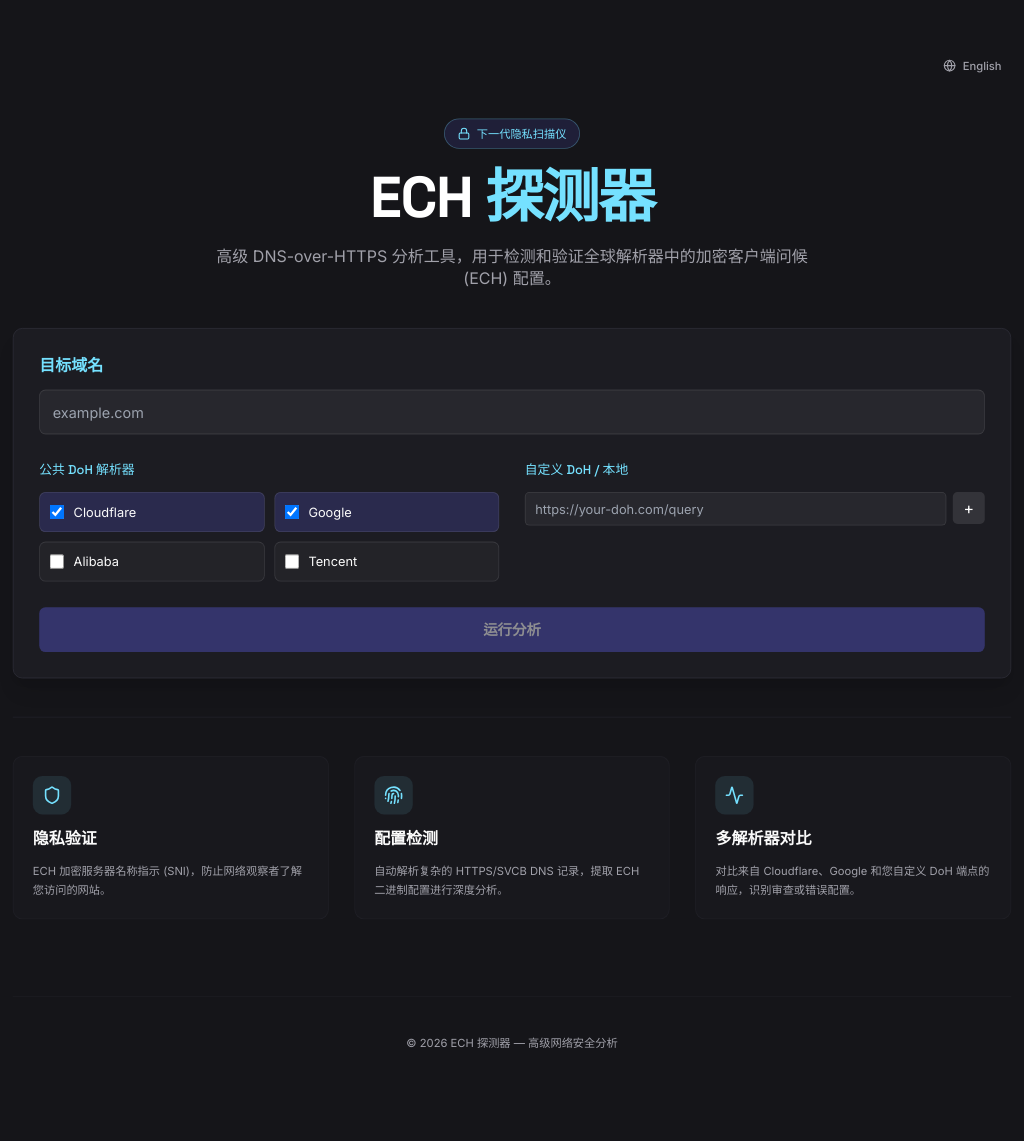
Repository: coolapijust/Ech-probe
Page: /
These files come from the project's save history. The page is drawn as it stood at one moment and after the next save; the edit follows.
The browser window is 1280 px wide. The pictures show the whole page, at 80% of full size.
The project was rebuilt for these pictures with package versions that can differ from the ones it lists, and the page was loaded fresh each time. The framework's server and built-in components were replaced by stand-ins that run in the browser. Also part of the build but not shown: next.config.mjs, src/components/ui/card.tsx, src/components/ui/table.tsx, src/components/ui/badge.tsx, src/components/ui/label.tsx, src/components/ECHProbe/ResultsDisplay.tsx.

Above is the page before, as saved 2026-03-13 19:29:07.

After the next save:
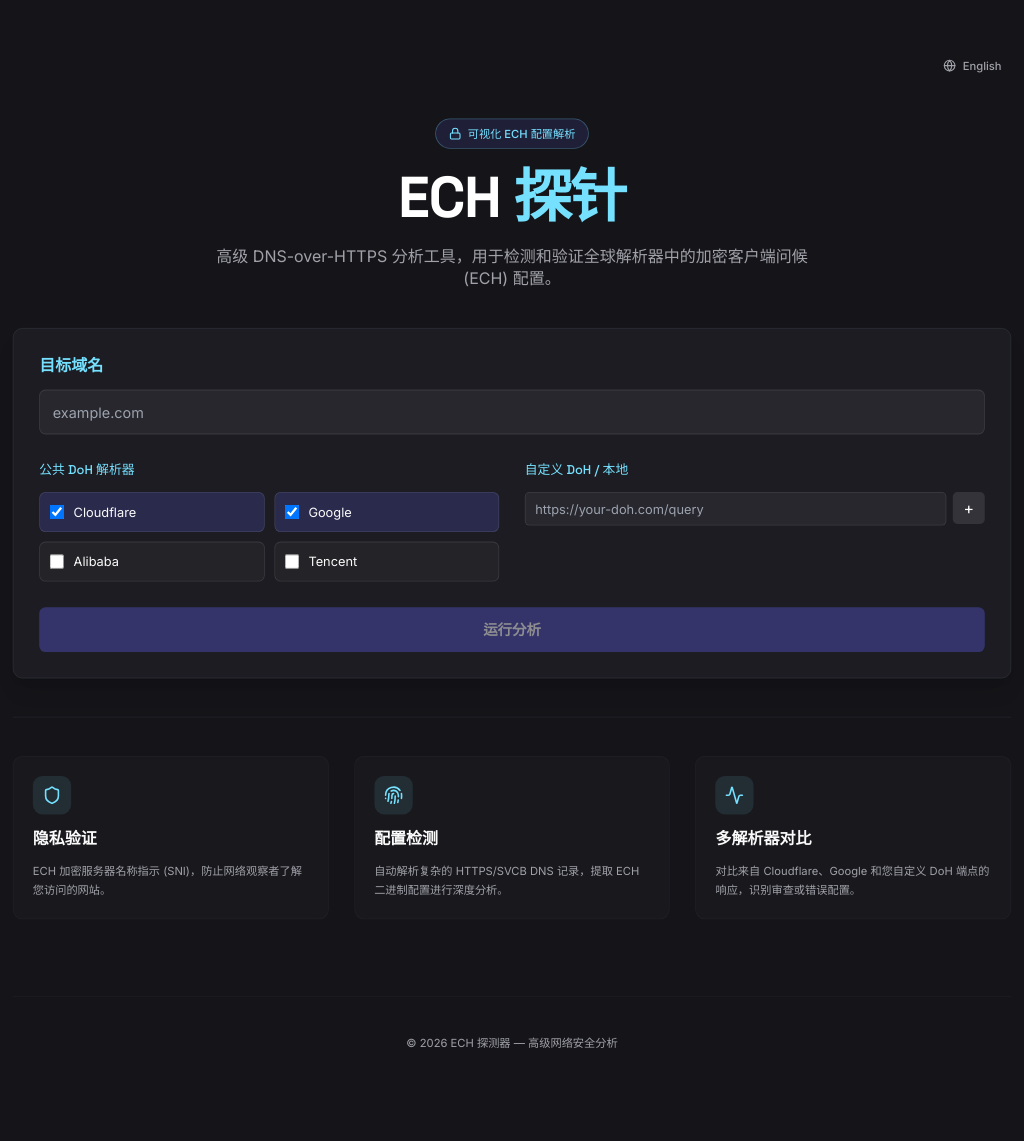
Saved 100 s later.
--- a/src/lib/i18n.ts
+++ b/src/lib/i18n.ts
@@ -44,9 +44,9 @@ export const translations = {
     multiDesc: "Compare responses from Cloudflare, Google, and your own custom DoH endpoints to identify censorship or misconfigs."
   },
   cn: {
-    title: "ECH 探测器",
-    subtitle: "安全 DNS 分析",
-    badge: "下一代隐私扫描仪",
+    title: "ECH 探针",
+    subtitle: "这个网站支持 ECH 了吗",
+    badge: "可视化 ECH 配置解析",
     description: "高级 DNS-over-HTTPS 分析工具，用于检测和验证全球解析器中的加密客户端问候 (ECH) 配置。",
     targetDomain: "目标域名",
     domainPlaceholder: "example.com",
